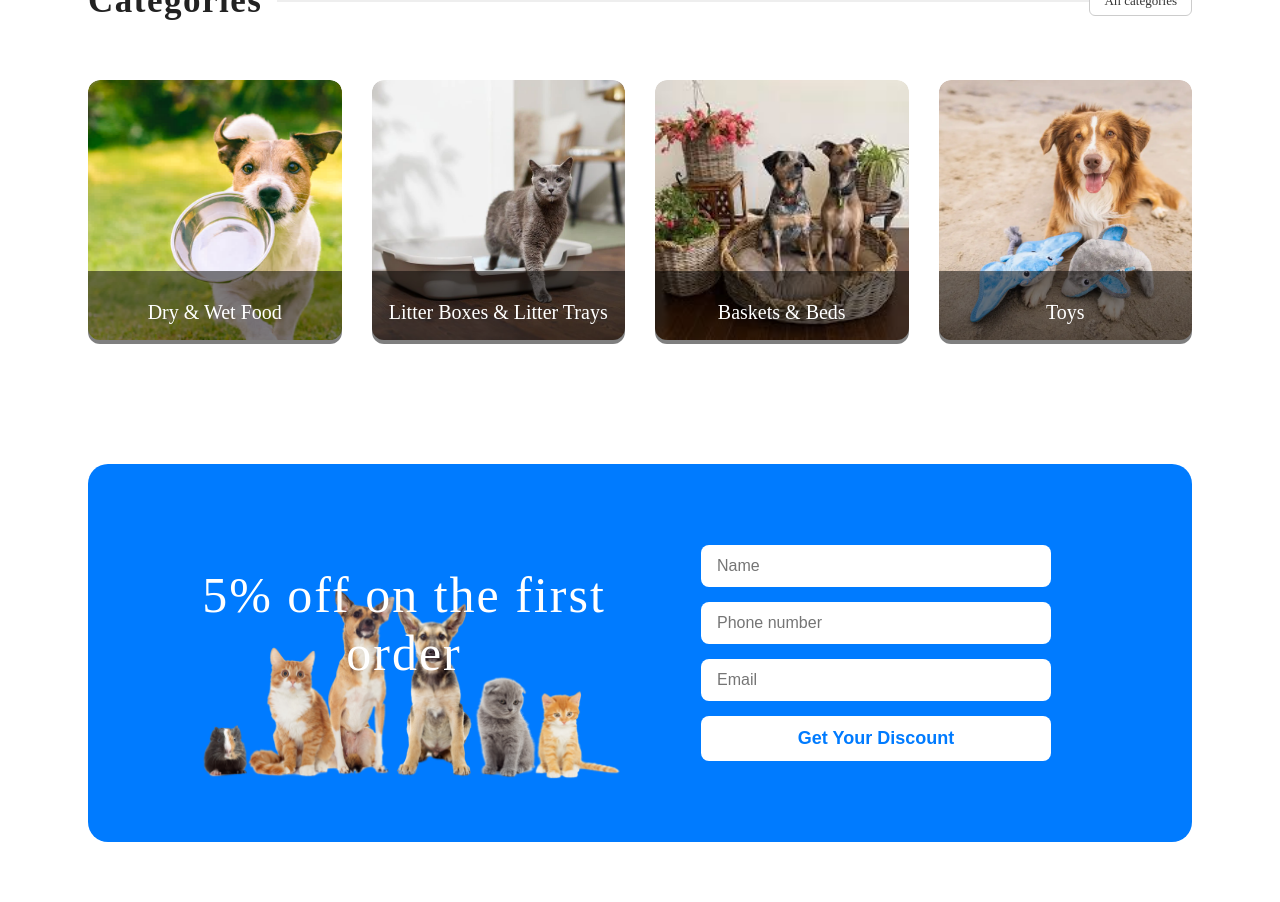
Repository: JuliiaJuliia/pet-shop-frontend
Page: / (app in pet-shop-frontend/)
An editor plug-in stored every save of this project. The page is shown before and after the next save, followed by the edit.
The browser window is 1280 px wide. The pictures show the part of the page from y = 703 to 1655 px (the page is 1605 px tall before and 1655 px after).
The project was rebuilt for these pictures with package versions that can differ from the ones it lists, and the page was loaded fresh each time. Also part of the build but not shown: pet-shop-frontend/vite.config.js, pet-shop-frontend/src/pages/CheckoutPage.jsx, pet-shop-frontend/src/api/axios.js, pet-shop-frontend/src/components/ProductList.jsx.

Above is the page before, as saved 2025-11-06 14:47:04.

After the next save:
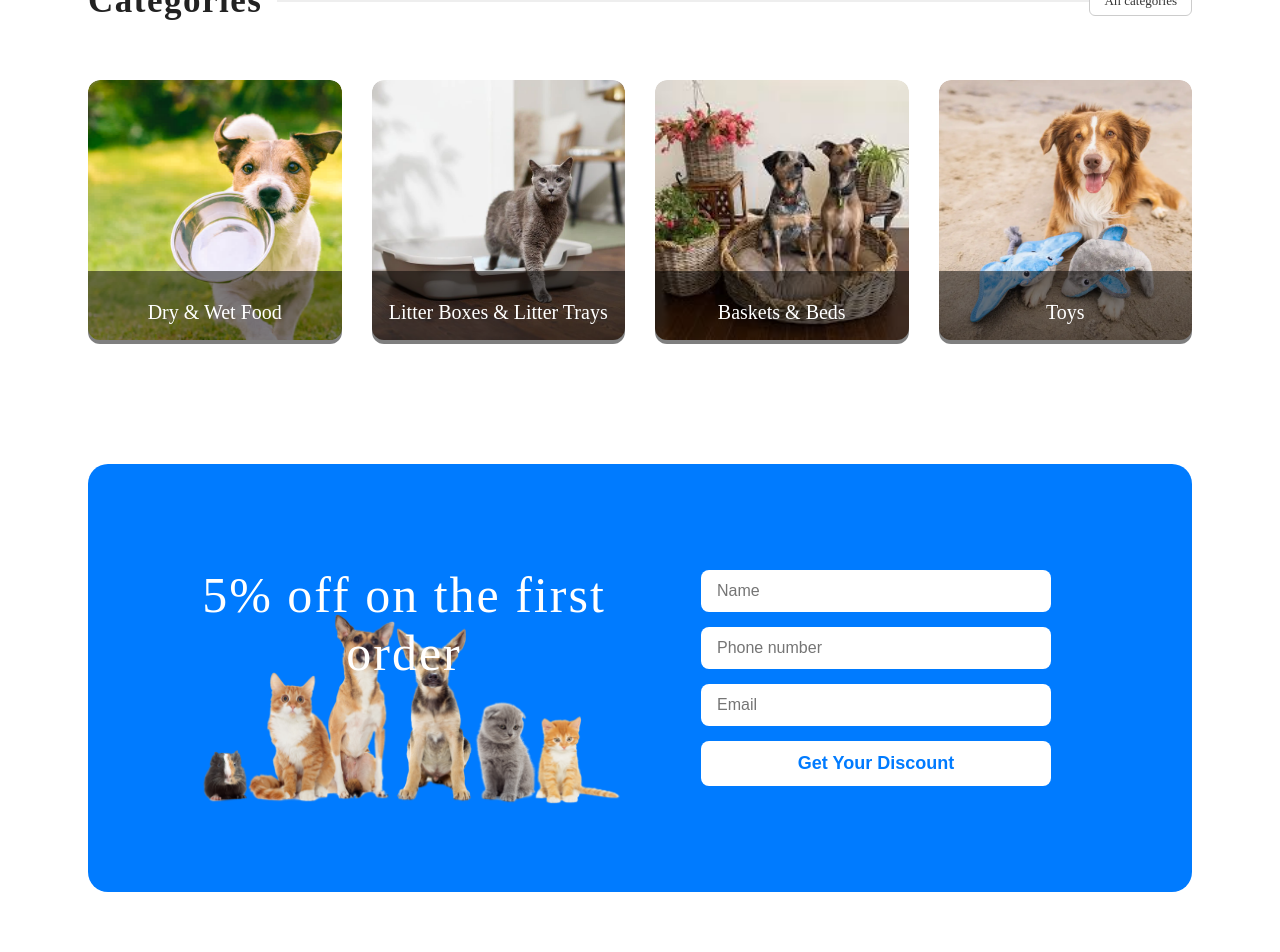
Saved 5 s later.
--- a/pet-shop-frontend/src/components/DiscountBanner.css
+++ b/pet-shop-frontend/src/components/DiscountBanner.css
@@ -35,7 +35,7 @@
     font-weight: 500;
     letter-spacing: 2px;
     text-align: center;
-    margin-bottom: 100px;
+    margin-bottom: 150px;
     position: relative;
     z-index: 2;
   }

After the save that followed:
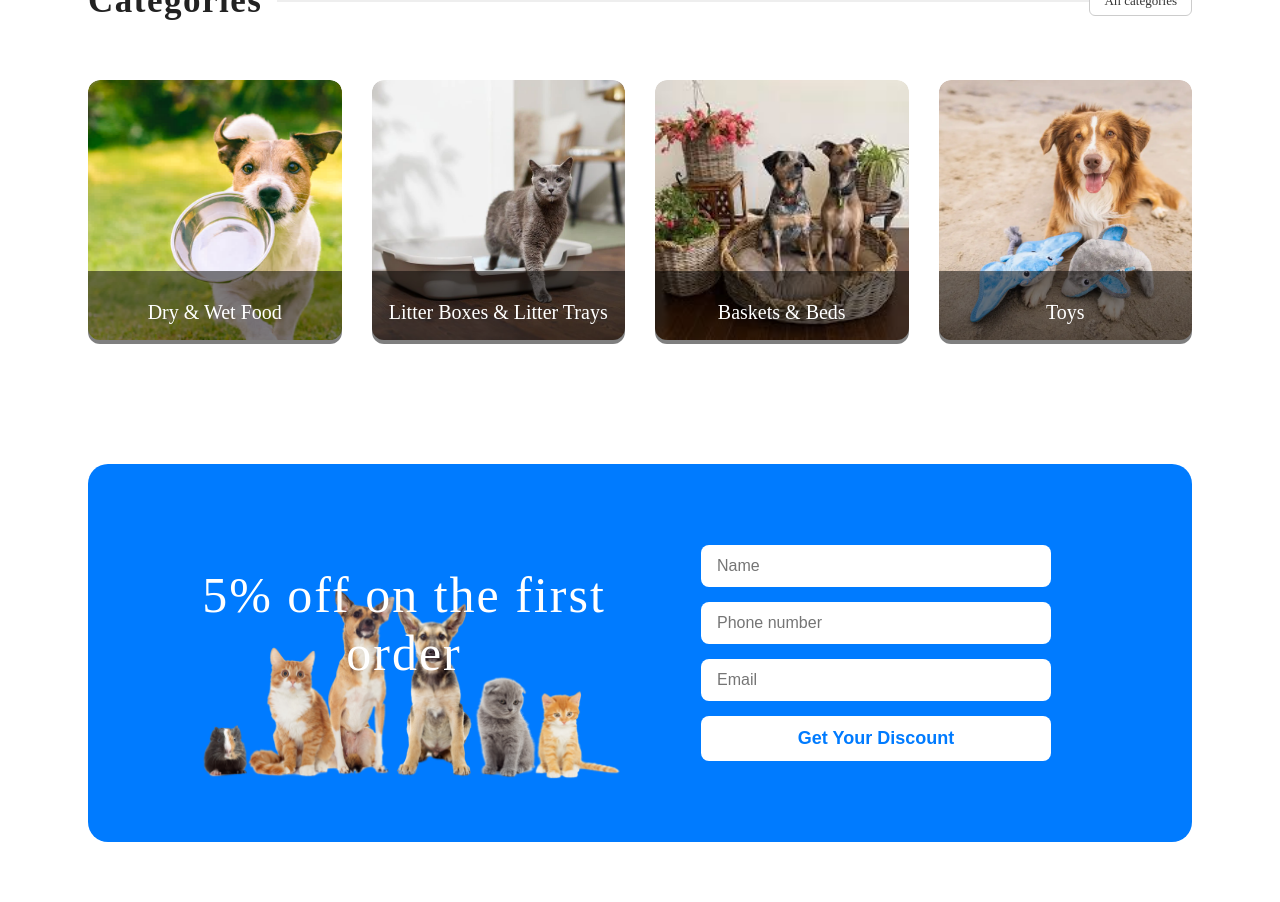
Saved 11 s later.
--- a/pet-shop-frontend/src/components/DiscountBanner.css
+++ b/pet-shop-frontend/src/components/DiscountBanner.css
@@ -35,7 +35,7 @@
     font-weight: 500;
     letter-spacing: 2px;
     text-align: center;
-    margin-bottom: 150px;
+    margin-bottom: 100px;
     position: relative;
     z-index: 2;
   }
